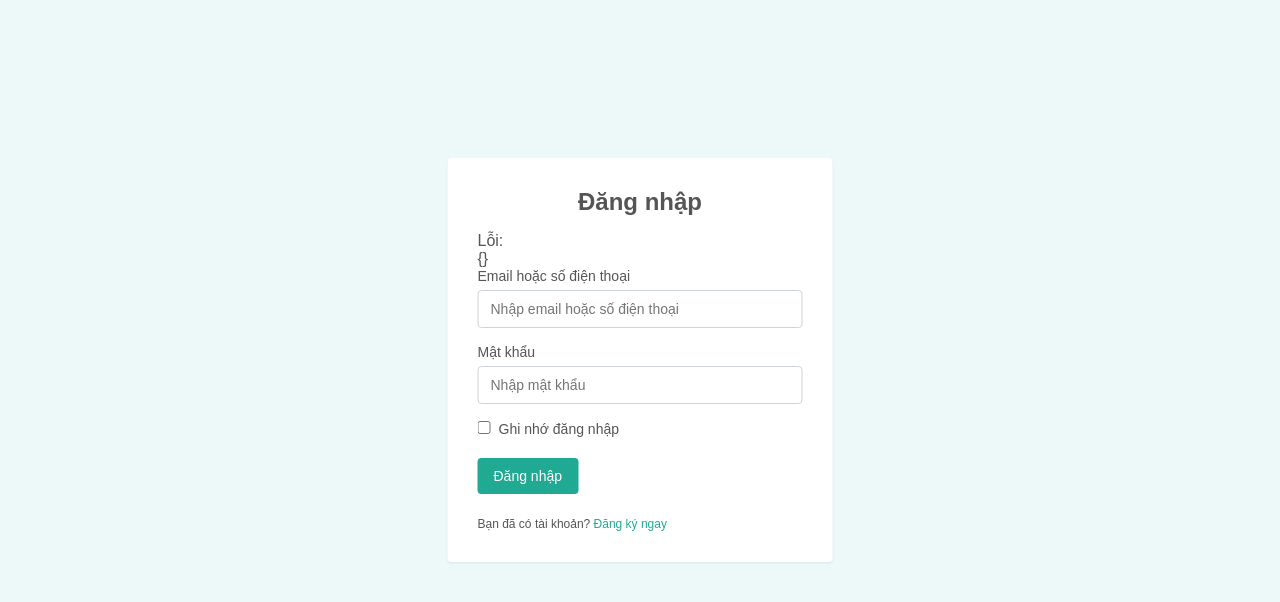
Repository: ntq25012002/chat-app
Page: /
These files come from the project's save history. The page is drawn as it stood at one moment and after the next save; the edit follows.
The browser window is 1280 px wide. The pictures show the whole page.
The project was rebuilt for these pictures with package versions that can differ from the ones it lists, and the page was loaded fresh each time. Also part of the build but not shown: src/pages/Home/Home.module.scss, src/pages/Home/index.js, src/pages/Register/index.js, src/pages/Profile/index.js, src/pages/Chat/index.js, src/layouts/components/SideBar/SideBar.module.scss, src/layouts/components/SideBar/index.js, src/layouts/DefaultLayout/index.js and 1 more. Imported but missing from the stored project, and not drawn on this page: src/layouts/components/SideBar/SideBarListChat.

Above is the page before, as saved 2023-05-25 15:35:36.

After the next save:
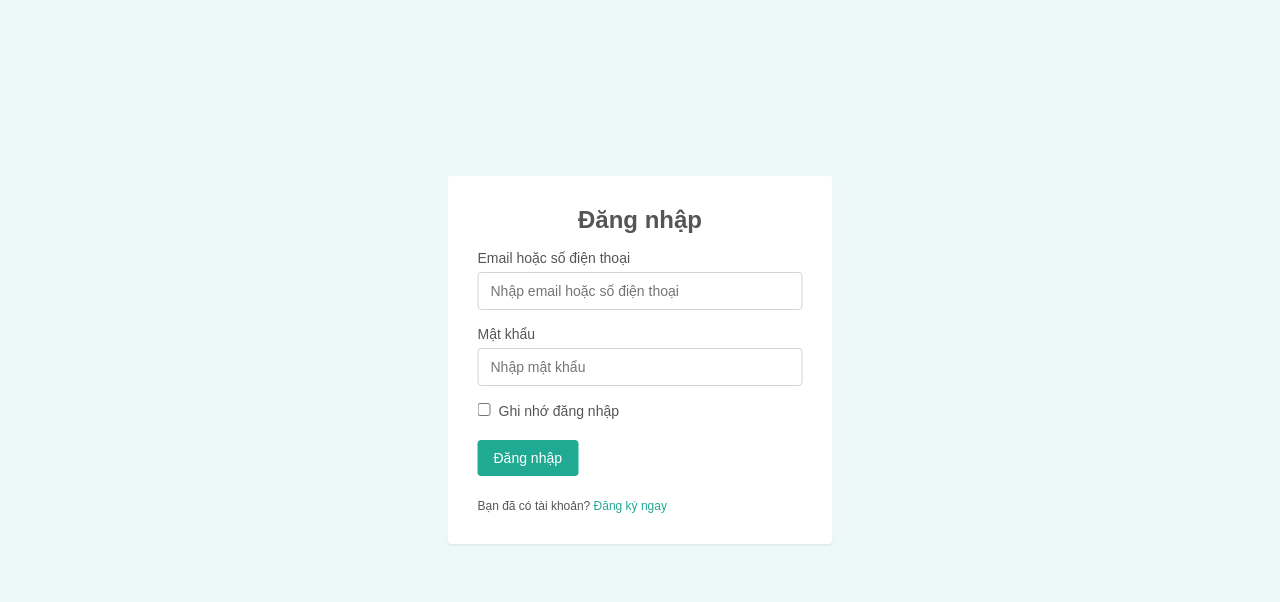
Saved 9 s later.
--- a/src/layouts/components/AuthForm/index.js
+++ b/src/layouts/components/AuthForm/index.js
@@ -113,8 +113,6 @@ function AuthForm( {...props} ) {
                         <h2>{props.title}</h2>
                     </div>
 
-                    <p>Lỗi:</p>  {errors && JSON.stringify(errors)}
-
                     <form className={cx('form', 'form-data')} ref={formRef} onSubmit={handleSubmit}>
 
                         { // Login form
